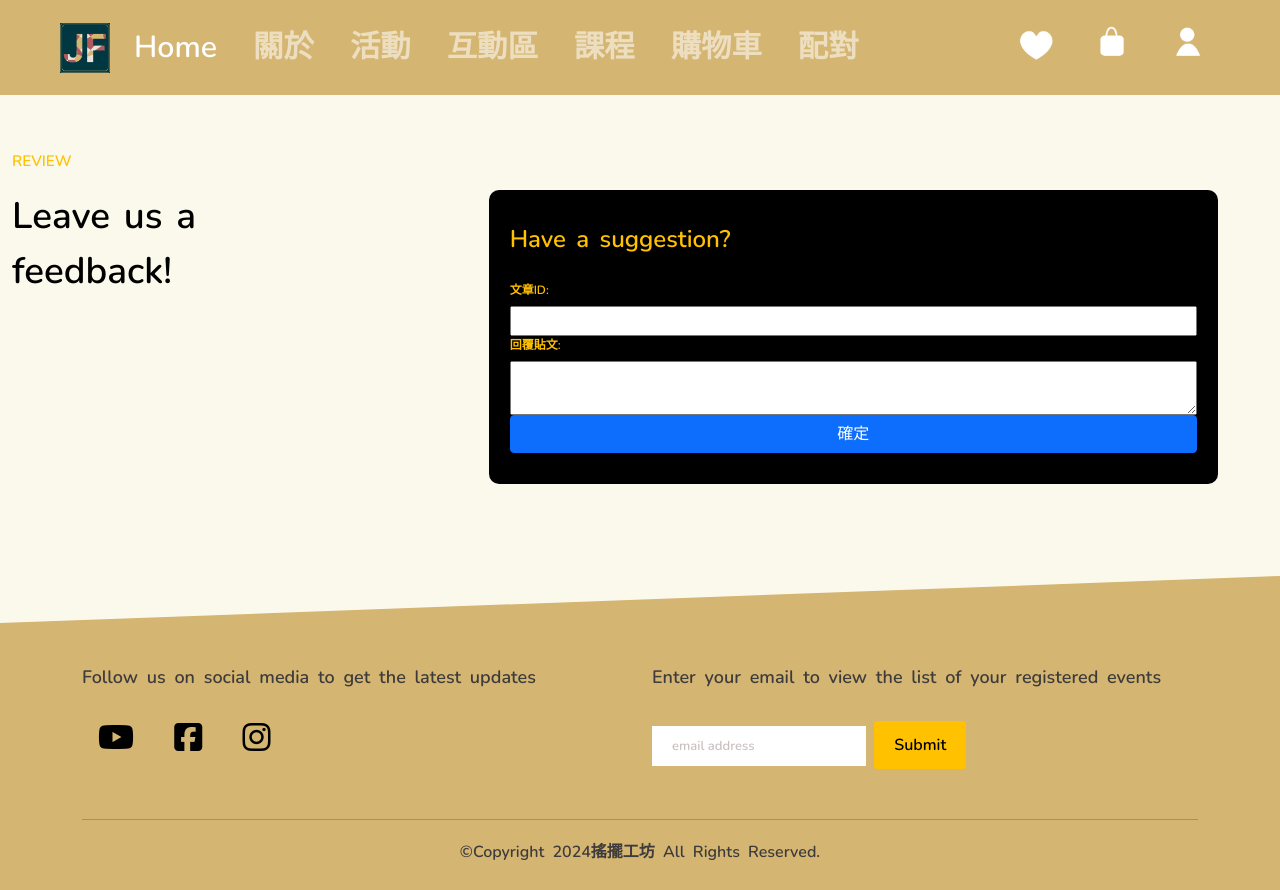
Repository: mmmooonnn0211/project
Page: workspace/demoSpringBoot-1/src/main/resources/static/html/ReplyInsertFront.html
These files come from the project's save history. The page is drawn as it stood at one moment and after the next save; the edit follows.
The browser window is 1280 px wide. The pictures show the whole page.
Some web libraries are served in a nearby version.

Above is the page before, as saved 2024-05-07 18:11:28.

### workspace/demoSpringBoot-1/src/main/resources/static/html/ReplyInsertFront.html
<!DOCTYPE html>
<html lang="en">

<head>
	<meta charset="UTF-8">
	<meta name="viewport" content="width=device-width, initial-scale=1.0">
	<style>
		.neon-yellow {
			font-weight: bold;
			/* 設置為粗體 */
			font-size: 1.2em;
			/* 調整文字大小 */
		}

		.main {
			min-height: 55vh;
			/* 让 .slant 至少占据整个视口高度 */

		}
	</style>
	<!-- Bootstrap CSS -->
	<link href="https://cdn.jsdelivr.net/npm/bootstrap@5.0.0-beta3/dist/css/bootstrap.min.css" rel="stylesheet"
		integrity="sha384-eOJMYsd53ii+scO/bJGFsiCZc+5NDVN2yr8+0RDqr0Ql0h+rP48ckxlpbzKgwra6" crossorigin="anonymous">
	<script src="https://kit.fontawesome.com/4287c80df9.js" crossorigin="anonymous"></script>

	<!--Google Font : Nunito-->
	<link rel="preconnect" href="https://fonts.gstatic.com">
	<link href="https://fonts.googleapis.com/css2?family=Nunito:wght@600&display=swap" rel="stylesheet">

	<!-- For style(All CSS content) -->
	<link rel="stylesheet" type="text/css" href="../styles/home.css" />
	<link rel="stylesheet" type="text/css" href="../styles/footer.css" />
	<link rel="stylesheet" type="text/css" href="../styles/navbar.css" />
	<link rel="icon" href="images/favicon.ico">

	<!-- JS Bundle for BS  -->
	<script src="https://cdn.jsdelivr.net/npm/popper.js@1.16.1/dist/umd/popper.min.js"
		integrity="sha384-9/reFTGAW83EW2RDu2S0VKaIzap3H66lZH81PoYlFhbGU+6BZp6G7niu735Sk7lN" crossorigin="anonymous">
		</script>
	<title>範本</title>
</head>


<body>


	</div>
	<!-- <section> -->
	<div class="main">
		<form method="post" action="/ReplyinsertFront.controller" onsubmit="return validateForm();">
			<div class="container-fluid" style="margin-top: 150px;">
				<div class="row" style="margin-bottom: 100px; margin-top: 100px;">
					<div class="col-md-4" style="text-align: left;">
						<p class="review">REVIEW</p>
						<p class="feedback">Leave us a <br>feedback!</p>
					</div>
					<div class="col-sm-8">
						<div class="container" id="cards">
							<div class="card">
								<div id="sugg" class="neon-yellow">Have a suggestion?</div>
								<br>
								<div id="text" class="neon-yellow">文章ID:</div>
								<input id="LTId" name="LTId" />

								<div id="text" class="neon-yellow">回覆貼文:</div>
								<textarea id="replypost" name="replypost"></textarea>


								<button type="submit" class="btn btn-primary">確定</button>
							</div>
						</div>
					</div>
				</div>
			</div>
		</form>
		<div class="container text-center">

		</div>
	</div>
	<script src="https://cdn.jsdelivr.net/npm/bootstrap@5.0.0-beta3/dist/js/bootstrap.bundle.min.js"
		integrity="sha384-JEW9xMcG8R+pH31jmWH6WWP0WintQrMb4s7ZOdauHnUtxwoG2vI5DkLtS3qm9Ekf" crossorigin="anonymous">
		</script>


	<div align="center"></div>
	<div class="container">
	</div>
	<script>
		function validateForm() {
			var replypostInput = document.getElementsByName('replypost')[0].value.trim();
			var userIdInput = document.getElementsByName('userId')[0].value.trim();
			var LTIdInput = document.getElementsByName('LTId')[0].value.trim();

			if (replypostInput === '' || userIdInput === '' || LTIdInput === '') {
				Swal.fire({
					icon: 'warning',
					title: '請輸入完整資訊😒',
					showConfirmButton: false,
					timer: 1500
				});
				return false;
			}
			return true;
		}
	</script>

	<script>

		fetch('basic.html')
			.then(response => response.text())
			.then(html => {
				document.body.innerHTML += html;
			});


	</script>
</body>

</html>

### workspace/demoSpringBoot-1/src/main/resources/static/styles/home.css
/* hiding vertical scroll bar from every page */
::-webkit-scrollbar {
  width: 0 !important
}




body {
  font-family: 'Nunito', sans-serif;
  background-color: #FBF8EC;
  word-spacing: 0.25rem;
}

::selection {
  color: black;
  background: #ffc100;
}

::placeholder {
  color: rgb(202, 192, 192);
}

.neon-yellow {
  color: #ffc100;
}

.working-heading {
  font-size: 2.3rem;
  font-weight: bold;
  color: black;
}


.date-style {
  font-weight: 850;
  padding: 0 0 0.3rem 0;
}

.sub-heading {
  font-size: 1.5rem;
  font-weight: 1000;
  padding: 0 0 0.3rem 0;
}

.small-subtext {
  color: black;
  font-weight: 700;
  font-size: 1rem;
}

.process-heading {
  font-weight: 1000;
  font-size: 0.95rem;
}

.eng,
.feedback,
.some {
  font-size: 2.3rem;
  font-weight: 1000;
  color: black;
}

.center-line {
  border-left: 0.58rem solid #ffc100;
  height: 110%;
  position: absolute;
  top: 0%;
  left: 0%;
}

.padding-for-mobile {
  padding: 0 1rem 2rem 4rem;
  text-align: left;
  /*background-color:  white;*/
}

.stickyy-corner {
  position: -webkit-sticky;
  position: sticky;
  top: 0;
}

.timeline-left-style {
  color: black;
  text-align: right;
  padding: 0 4rem 0 5.2rem;
}

.timeline-right-style {
  color: black;
  text-align: left;
  position: relative;
  padding: 0 5.2rem 0 4rem;
  overflow-y: hidden;
}

.d-block {
  margin-top: 2%;
  border-radius: 7px;
  border: 3px solid rgb(245, 241, 241);
  width: 100%;
}

.chess,
.review,
.event {
  color: #ffc100;
  font-weight: 850;
  font-size: 0.95rem;
}


#text {
  font-weight: 850;
  font-size: 0.75rem;
  margin-bottom: 7px;
}

#sugg {
  font-size: 1.5rem;
  font-weight: 1000;
}

#btn {
  background-color: #ffc100;
  color: rgb(0, 0, 0);
  padding: 10px 20px;
  text-align: center;
  border: none;
  border-radius: 3px;
  display: block;
  margin: auto;
  margin-top: 15px;
  font-weight: bold;
}


#box,
#msg {
  background-color: #DDDDDD;
  border-radius: 3.5px;
  border: none;
  margin-bottom: 12px;
  width: 100%;
}

#msg {
  height: 120px;
}

#box {
  height: 35px;
}

#spon {
  color: black;
  margin-top: 60px;
  display: flex;
  justify-content: space-evenly;
  align-items: center;
  font-weight: bold;
  margin-bottom: 20px;
}

.image {
  height: 100px;
}

.image3 {
  height: 250px;
  overflow-y: hidden;
}

.pic1,
.pic2 {
  font-weight: bold;
  font-size: medium;
}

.pic1 {
  margin-top: 20px;
}

.column {
  display: flex;
  flex-direction: column;
  justify-content: space-evenly;
  align-items: center;
}

.columns {
  display: flex;
  flex-direction: column;
  justify-content: center;
  align-items: flex-start;
}

.pic2 {
  color: gray;
  font-size: small;
}

.event,
.some,
.last,
.pic,
.pic1,
.pic2 {
  display: flex;
  justify-content: space-evenly;
  align-items: center;
}

.subhead {
  color: black;
  font-size: 3rem;
  overflow-y: hidden;
}

.active {
  color: #ffc100;
}

.active:hover {
  color: #ffc100;
}

p {
  color: black;
}

.title-img {
  width: 25%;
  margin-left: 8%;
  transform: rotate(10deg);
}

.hover {
  color: #ffc100;
}

.title-img3 {
  width: 25%;
  transform: rotate(-10deg);
}

.title-img2 {
  width: 35%;
  padding-right: 5%;
  padding-left: 5%;


}

.carousel-img-styles {
  border: 0.13rem solid black;
  border-radius: 1rem;
}

h1 {
  font-size: 5rem;
  line-height: 1.5;
  font-weight: 900;
}

#title {
  margin-bottom: 11rem;
}

.col-lg-3 {
  padding-left: 3rem;
}

.ex-btn {
  margin-top: 2.5rem;
  margin-bottom: 30px;
}

.carousel-container {
  width: 55%;
}

#cards {
  padding: 10px 50px;
}

.card {
  background-color: black;
  border-radius: 10px;
  /* display: block;
    margin: auto;
    font: 16px;
    width:55%; */
  padding: 30px 20px;

}

@media only screen and (max-width: 767px) {
  .small-subtext {
    font-size: 0.8rem;
  }

  .padding-for-mobile {
    padding: 0 0 4rem 2rem;
  }

  /*
  .sticky-corner {
    position: static;
  }
  */
  #cards {
    padding: 0px 20px;
  }


  .sub-heading {
    font-size: 1.3rem;
  }

  .process-heading {
    font-size: 0.85rem;
  }

  .working-heading {
    font-size: 1.5rem;
  }

  .timeline-left-style {
    padding: 0 2.5rem 0 3rem;
  }

  .timeline-right-style {
    padding: 0 3rem 0 2.5rem;
  }

  #spon {
    font-size: 1.5rem;
  }

  .some,
  .eng,
  .feedback {
    font-size: 1.5rem;
  }

  .card {
    width: 100%;
  }

  .pic {
    flex-direction: column;
  }

  .carousel-container {
    width: 85%;
  }
}

@media only screen and (max-width: 575px) {

  .title-img,
  .title-img3 {
    display: none;
  }

  .title-img2 {
    display: block;
    margin: auto;
    width: 100%;
    padding: 50px;
  }
}

@media only screen and (max-width: 375px) {


  .date-style {
    font-size: 0.8rem;
  }

  .sub-heading {
    font-size: 0.9rem;
  }

  .small-subtext {
    font-size: 0.7rem;
  }

  .timeline-left-style {
    padding: 0 1.6rem 0 2rem;
  }

  .timeline-right-style {
    padding: 0 2rem 0 2rem;
  }
}

### workspace/demoSpringBoot-1/src/main/resources/static/styles/footer.css
/*
hiding vertical scroll bar from every page
*/
::-webkit-scrollbar {
    width: 0 !important
}




.slant {
    /* width: 110%;
    background-color: #DDDDDD;
    transform: rotate(-3deg);
    height: 100px; */
    clip-path: polygon(0 15%, 100% 0, 100% 100%, 0 100%);
  }

  .container{
    margin-top: 30px;
  }

  .left, .right {
    font-size: large;
    font-weight: bold;
    margin-top: 50px;
    color: rgb(61, 59, 59);
    margin-bottom: 30px;
  }

  .below {
    background-color:#D4B572;
    position: relative;
    padding-top: 8px;
    padding-bottom: 6px;
    width: 100%;
    height: 100%;
  }

  #mail {
    border: none;
    height: 30px;
    padding: 20px;
    font-size: small;
    font-weight: bold;
  }

  #bttn {
    background-color: #ffc100;
    color: black;
    padding: 12px 20px;
    text-align: center;
    border: none;
    border-radius: 3px;
    font-weight: bold;
  }


  .fa-youtube:hover{
    color: rgb(230, 59, 59);
    transition: 0.5s;
  }

  .fa-twitter:hover, .fa-facebook-square:hover{
    color: rgba(18, 212, 212, 0.596);
    transition: 0.5s;
  }

  .fa-instagram:hover{
    color: rgb(218, 30, 61);
    transition: 0.5s;
  }

  .fa-github{
    color: rgb(43, 36, 36);
    transition: 0.5s;
  }

  .fab {
    padding: 0 1rem 0 1rem;
    font-size: 2rem;
    color: black;
  }

  .last {
    font-weight: 900;
    color: rgb(61, 59, 59);
    margin: 20px;
    display: flex;
  justify-content: space-evenly;
  align-items: center;
  }

  @media only screen and (max-width: 767px) {
    .slant{
      clip-path: polygon(0 5%, 100% 0, 100% 100%, 0 100%);
    }
  }

  @media only screen and (max-width: 375px) {
    .slant{
      clip-path: polygon(0 5%, 100% 0, 100% 100%, 0 100%);
    }
  }

### workspace/demoSpringBoot-1/src/main/resources/static/styles/navbar.css
/* 鼠標移動導覽列*/
.nav-item :hover {
  color: rgb(255, 128, 128);
  cursor: pointer;
  background-color: #B15A5E;
  border-radius: 10px;
}

.navbar a {
  color: #ff2600a2;
  border-radius: 10px;
}


.navbar {
  padding: 1rem 2rem;
  position: fixed;
  z-index: 100;
  width: 100%;
  margin: 0;
  top: 0;
  left: 0;
  background-color: #D4B572;
}

.nav-item {
  padding: 0 20px 0 0;
}

.nav-link {
  font-size: 1.9rem;
  font-weight: 900;

}


.dropdown-item,
.dropdown-menu {
  background-color: #B15A5E;
  color: #BF3F41;
  ;
  margin: 0;
}






.dropdown-menu a {
  color: white;
  ;
  text-decoration: none;
  display: block;
  text-align: left;
}

### workspace/demoSpringBoot-1/src/main/resources/static/html/basic.html
<!doctype html>
<html lang="en">

<head>
    <!-- Required meta tags -->
    <meta charset="utf-8">
    <meta name="viewport" content="width=device-width, initial-scale=1">




    <title>JFSwing</title>
</head>

<body>

    <!-- Shashank's Section -->
    <!-- <section class="title"> -->
    <!-- Navbar section -->
    <nav class="navbar navbar-expand-lg navbar-dark">
        <!-- <LOGO> -->
        <div class="container-fluid">
            <div width="50px" height="50px">
                <a class="m-3" href="index.html"> <img src="../images/LOGO.png" width="50px" height="50px"
                        alt="Eternals">
                </a>
                <button class="navbar-toggler" type="button" data-bs-toggle="collapse" data-bs-target="#navbarCollapse"
                    aria-controls="navbarCollapse" aria-expanded="false" aria-label="Toggle navigation">
                    <span class="navbar-toggler-icon"></span>
                </button>
            </div>
            <div class="collapse navbar-collapse" id="navbarCollapse">
                <ul class="navbar-nav ">
                    <li class="nav-item">
                        <a class="nav-link active" href="frontPage.html">Home </a>
                    </li>
                    <li class="nav-item">
                        <a class="nav-link" href="about.html">關於</a>
                    </li>
                    <li class="nav-item">
                        <a class="nav-link" href="EventAll.html">活動</a>
                    </li>
                    <li class="nav-item">
                        <a class="nav-link" href="/LTSelectAll2">互動區</a>
                    </li>
                    <li class="nav-item">
                        <a class="nav-link" href="contact.html">課程</a>
                    </li>
                    <li class="nav-item">
                        <a class="nav-link" href="">購物車</a>
                    </li>
                    <li class="nav-item">
                        <a class="nav-link" href="">配對</a>
                    </li>

                </ul>

            </div>

            <!-- <右上角的東西> -->
            <div class="navbar-nav justify-content-end">
                <ul class="navbar-nav">
                    <li class="nav-item">
                        <div class="m-2 rounded-circle overflow-hidden align-self-center ratio ratio-1x1"
                            style="width: 40px">
                            <img src="../images/LOVE.png" alt="" class="object-fit-cover w-100 h-100" />
                        </div>
                    </li>
                    <li class="nav-item">
                        <div class="m-2 rounded-circle overflow-hidden align-self-center ratio ratio-1x1"
                            style="width: 40px">
                            <img src="../images/SHOP.png" alt="" class="object-fit-cover w-100 h-100" />
                        </div>
                    </li>
                    <li class="nav-item">
                        <a href="#" target="_blank"
                            class="m-2 rounded-circle overflow-hidden align-self-center ratio ratio-1x1"
                            style="width: 40px; display: inline-block;">
                            <img src="../images/MAN.png" alt="Facebook" class="object-fit-cover w-100 h-100" />
                        </a>
                    </li>

                </ul>

            </div>
        </div>
    </nav>

    <!-- Title -->
    <!-- <中間> -->



    <!-- footer-->
    <div class="slant footer-content mt-auto">

        <footer class="below">
            <div class="container">
                <div class="row">
                    <div class="col-lg-6">
                        <p class="left">Follow us on social media to get the latest updates</p>
                        <a href="#"><i class="fab fa-youtube"></i></a>
                        <a href="https://www.facebook.com/apple.hi.77?mibextid=kFxxJD"><i
                                class="fab fa-facebook-square"></i></a>
                        <a href="#"><i class="fab fa-instagram"></i></a>

                    </div>
                    <div class="col-lg-6">
                        <p class="right">Enter your email to view the list of your registered events</p>
                        <input id="mail" placeholder="email address">
                        <span><button id="bttn">
                                Submit </button></span>
                    </div>
                </div>
                <hr style="margin-top: 50px;">
            </div>
            <div class="last">&copy;Copyright 2024搖擺工坊 All Rights Reserved.</div>
        </footer>

    </div>



</body>

</html>

After the next save:
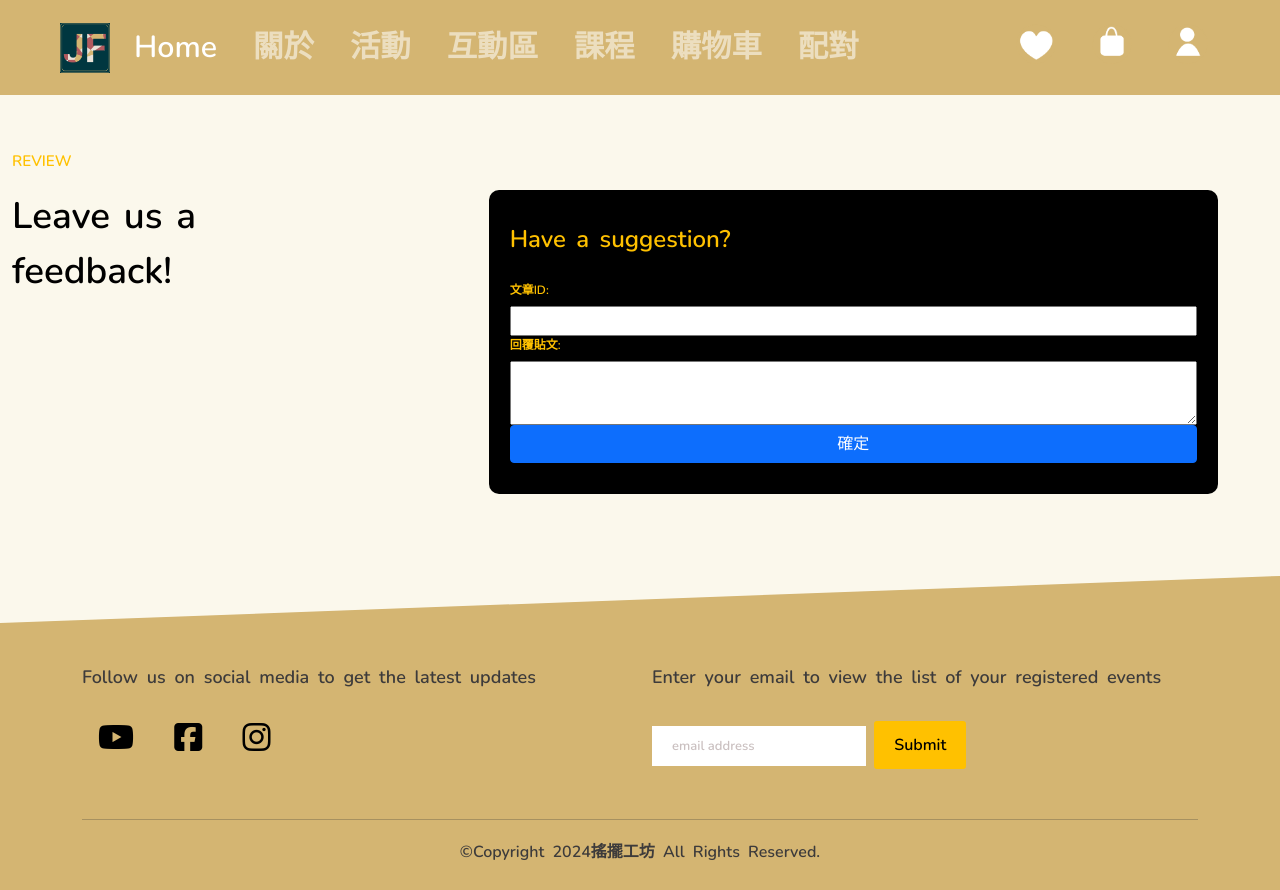
Saved 15 s later.
--- a/workspace/demoSpringBoot-1/src/main/resources/static/html/ReplyInsertFront.html
+++ b/workspace/demoSpringBoot-1/src/main/resources/static/html/ReplyInsertFront.html
@@ -63,7 +63,7 @@
 								<input id="LTId" name="LTId" />
 
 								<div id="text" class="neon-yellow">回覆貼文:</div>
-								<textarea id="replypost" name="replypost"></textarea>
+								<textarea id="replypost" name="replypost" class="neon-yellow"></textarea>
 
 
 								<button type="submit" class="btn btn-primary">確定</button>

After the save that followed:
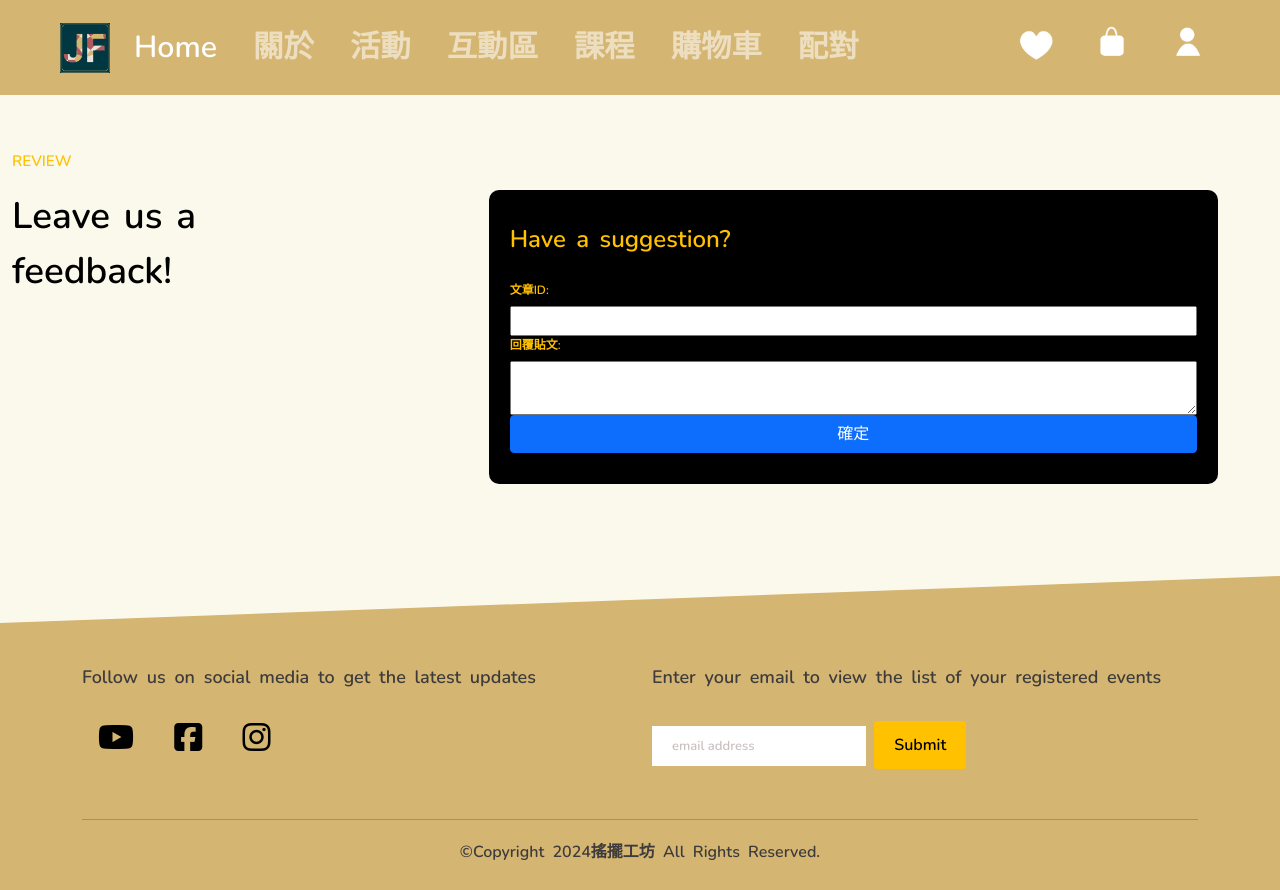
Saved 21 s later.
--- a/workspace/demoSpringBoot-1/src/main/resources/static/html/ReplyInsertFront.html
+++ b/workspace/demoSpringBoot-1/src/main/resources/static/html/ReplyInsertFront.html
@@ -63,7 +63,7 @@
 								<input id="LTId" name="LTId" />
 
 								<div id="text" class="neon-yellow">回覆貼文:</div>
-								<textarea id="replypost" name="replypost" class="neon-yellow"></textarea>
+								<textarea id="replypost" name="replypost"></textarea>
 
 
 								<button type="submit" class="btn btn-primary">確定</button>
